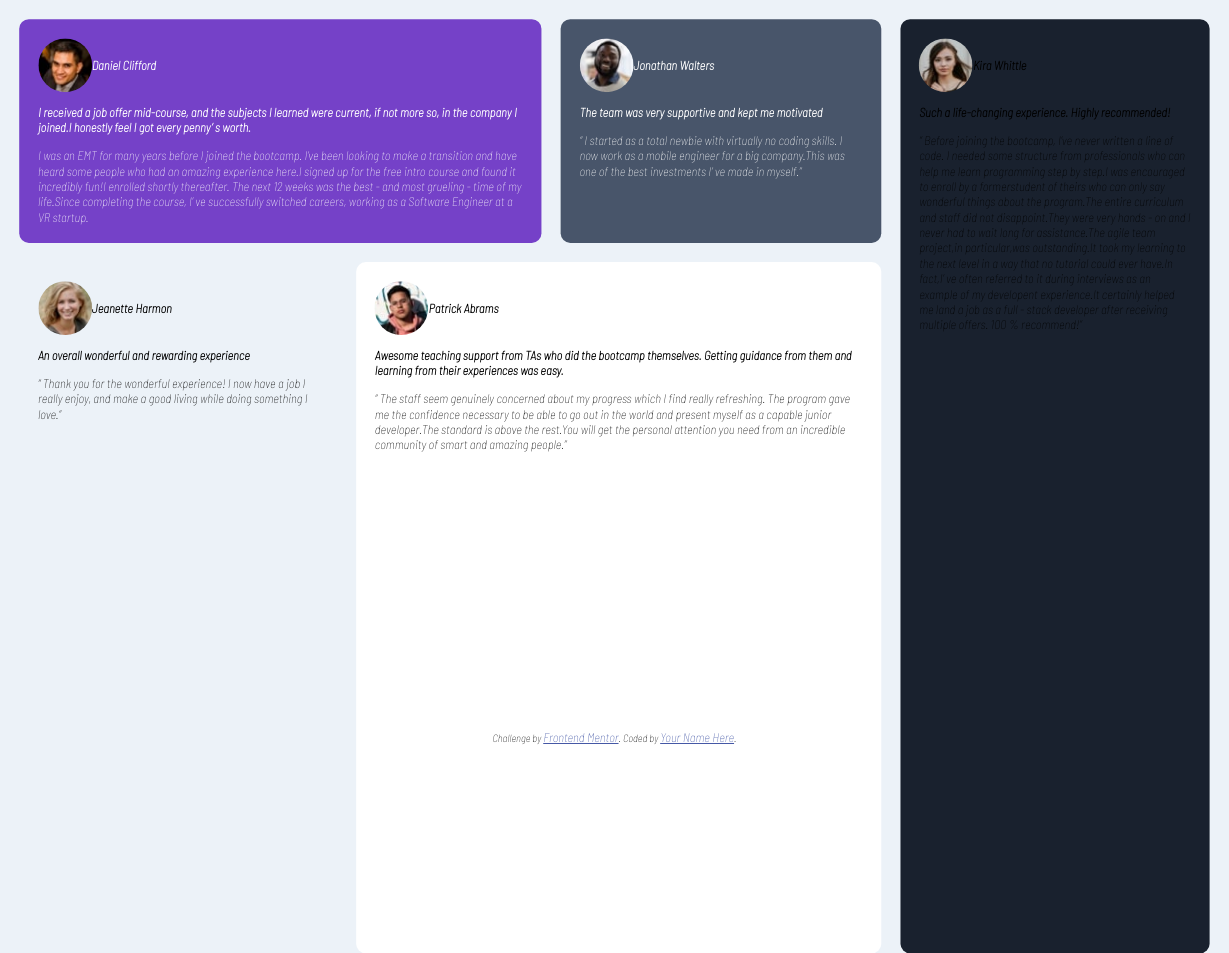
Repository: ibtihelbs/testimonials-grid-section-main
Page: index.html
An editor plug-in stored every save of this project. The page is shown before and after the next save, followed by the edit.
The browser window is 1280 px wide. The pictures show the whole page, at 96% of full size.

Above is the page before, as saved 2022-04-13 17:00:19.

After the next save:
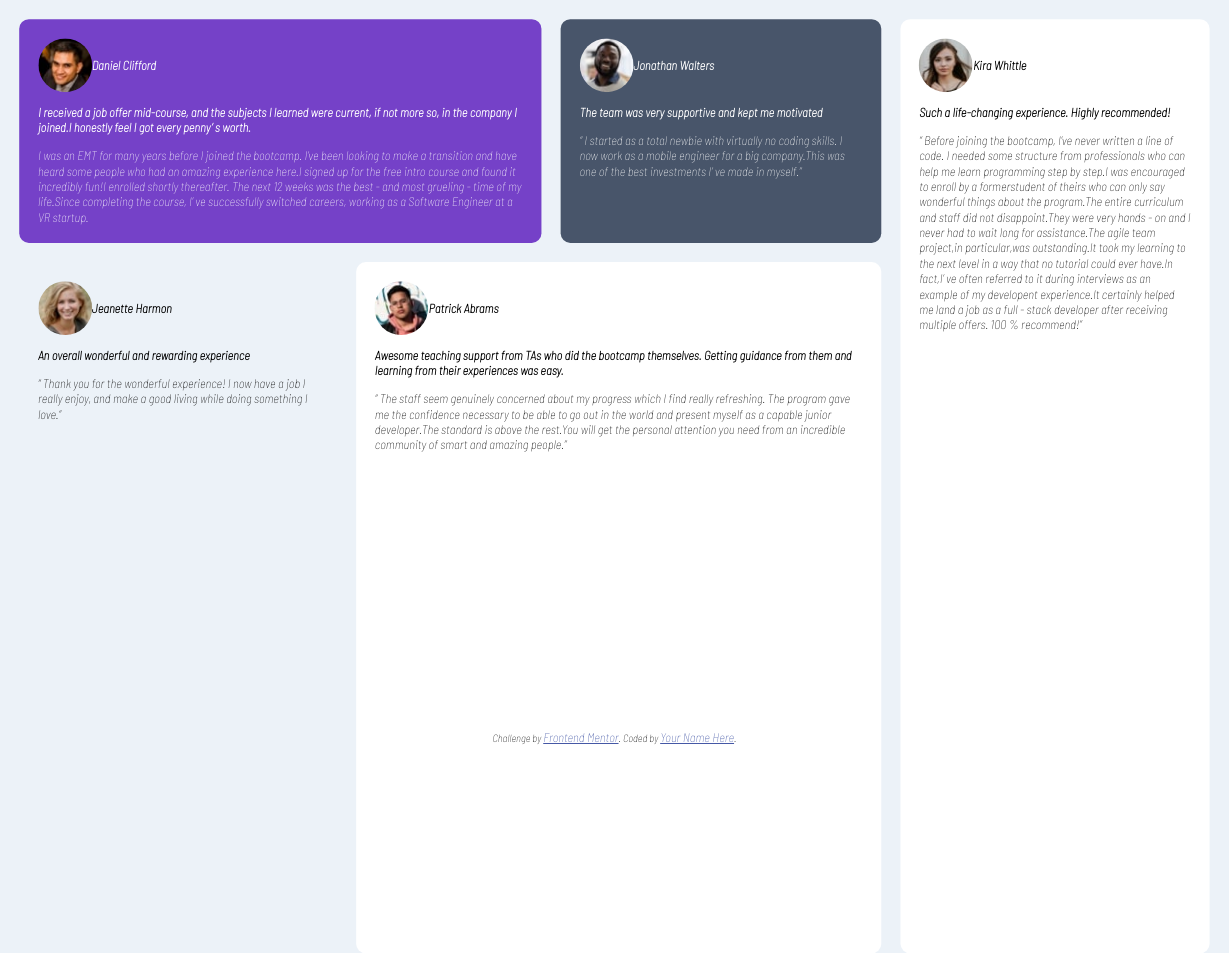
Saved 23 s later.
--- a/style.css
+++ b/style.css
@@ -56,7 +56,7 @@
 section:nth-child(3) {
   grid-area: third;
   background-color: var(--White);
-  background-color: var(--Blackish-blue);
+
   order: 4;
 }
 section:nth-child(4) {
